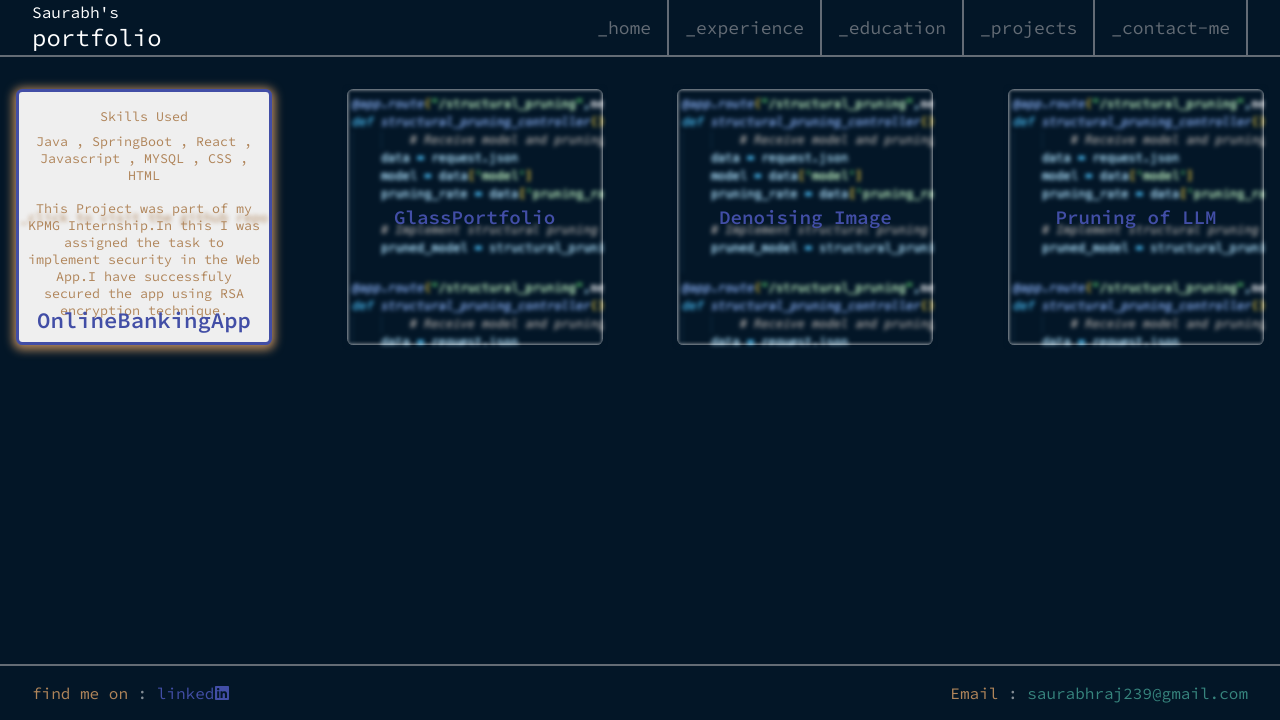
Repository: saurabhraj23/FrontendReactPortfolio
Page: /projects
An editor plug-in stored every save of this project. The page is shown before and after the next save, followed by the edit.
The browser window is 1280 px wide. The pictures show the whole page.
The pointer rests on the first visible `.project-item`.
The project was rebuilt for these pictures with package versions that can differ from the ones it lists, and the page was loaded fresh each time. Also part of the build but not shown: vite.config.js, src/components/Education.jsx, src/components/Experience.jsx, src/components/Contacts.jsx, src/styles/default-page.css, src/components/DefaultPage.jsx.

Above is the page before, as saved 2024-07-23 15:21:40.

After the next save:
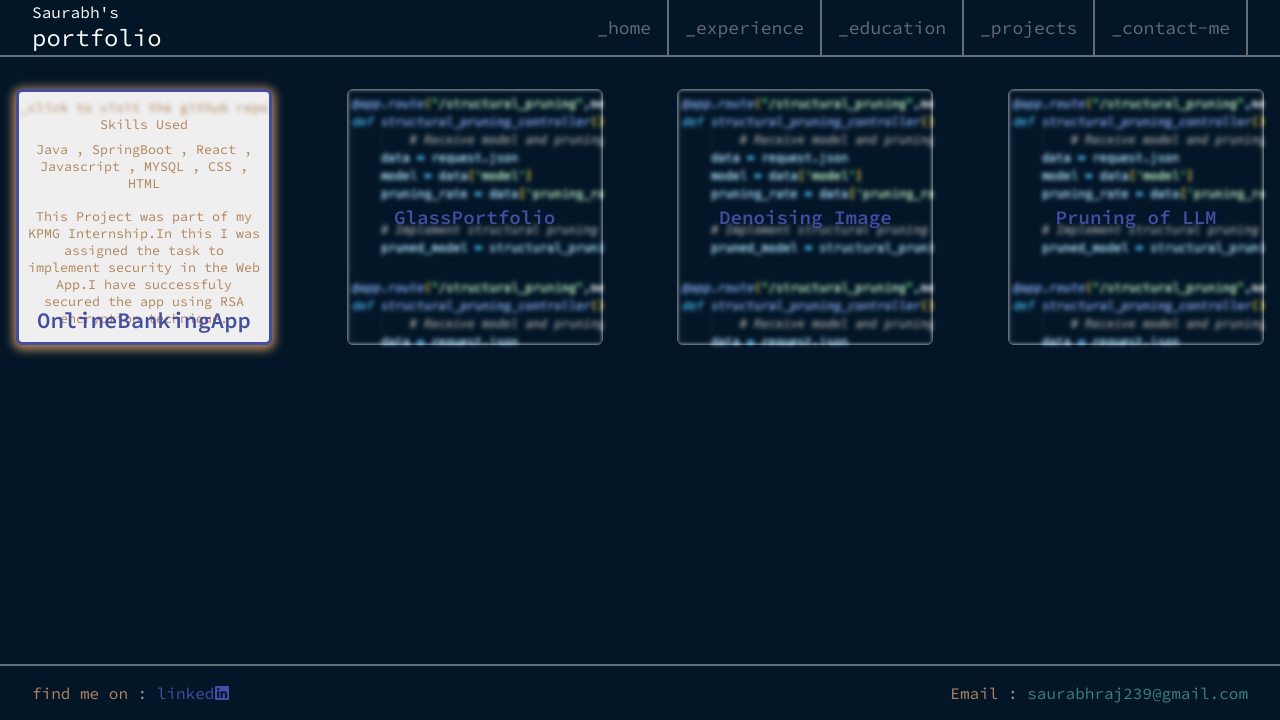
Saved 16 s later.
--- a/src/styles/project.css
+++ b/src/styles/project.css
@@ -82,7 +82,7 @@
   .project-item:hover::before{
 content: "_click to visit the github repo";
 background-image: none;
-position: absolute;
+position: static;
 bottom: -2rem;
 color: var(--tertiary-orange);
 background-image: none;

After the save that followed:
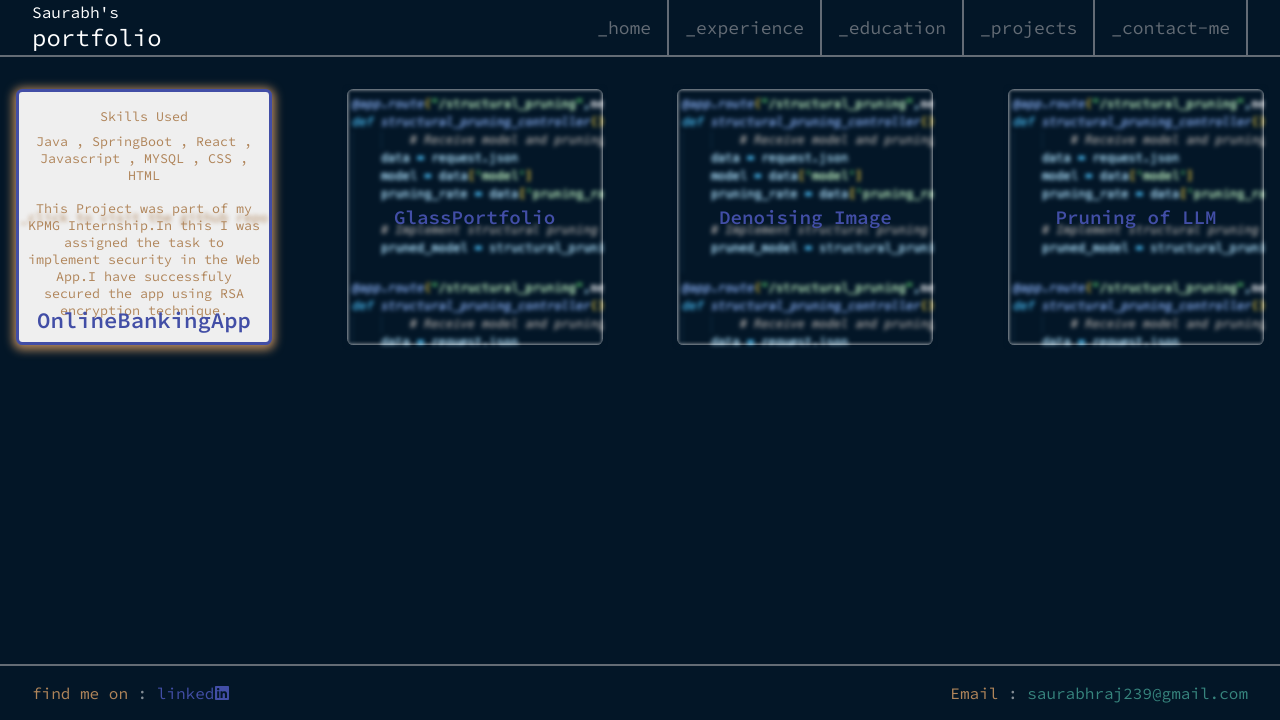
Saved 9 s later.
--- a/src/styles/project.css
+++ b/src/styles/project.css
@@ -82,7 +82,7 @@
   .project-item:hover::before{
 content: "_click to visit the github repo";
 background-image: none;
-position: static;
+position: absolute;
 bottom: -2rem;
 color: var(--tertiary-orange);
 background-image: none;
